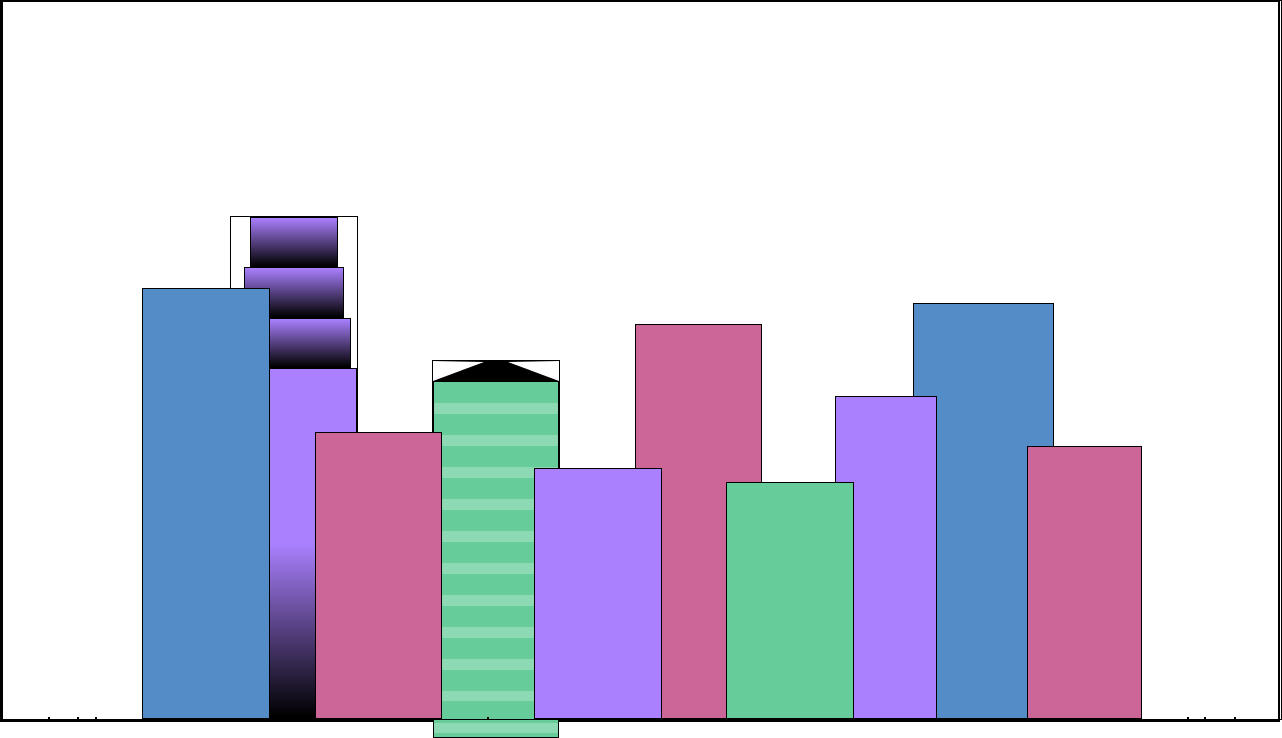
Repository: Lungdjos/city_skyline
Page: index.html
These files come from the project's save history. The page is drawn as it stood at one moment and after a run of saves; the edit follows.
The browser window is 1280 px wide. The page is 1282 px wide, so the pictures cover 1282 px, including what lies to the right of the window. The pictures show the whole page.

Above is the page before, as saved 2023-12-12 10:57:47.

After the next 2 saves:
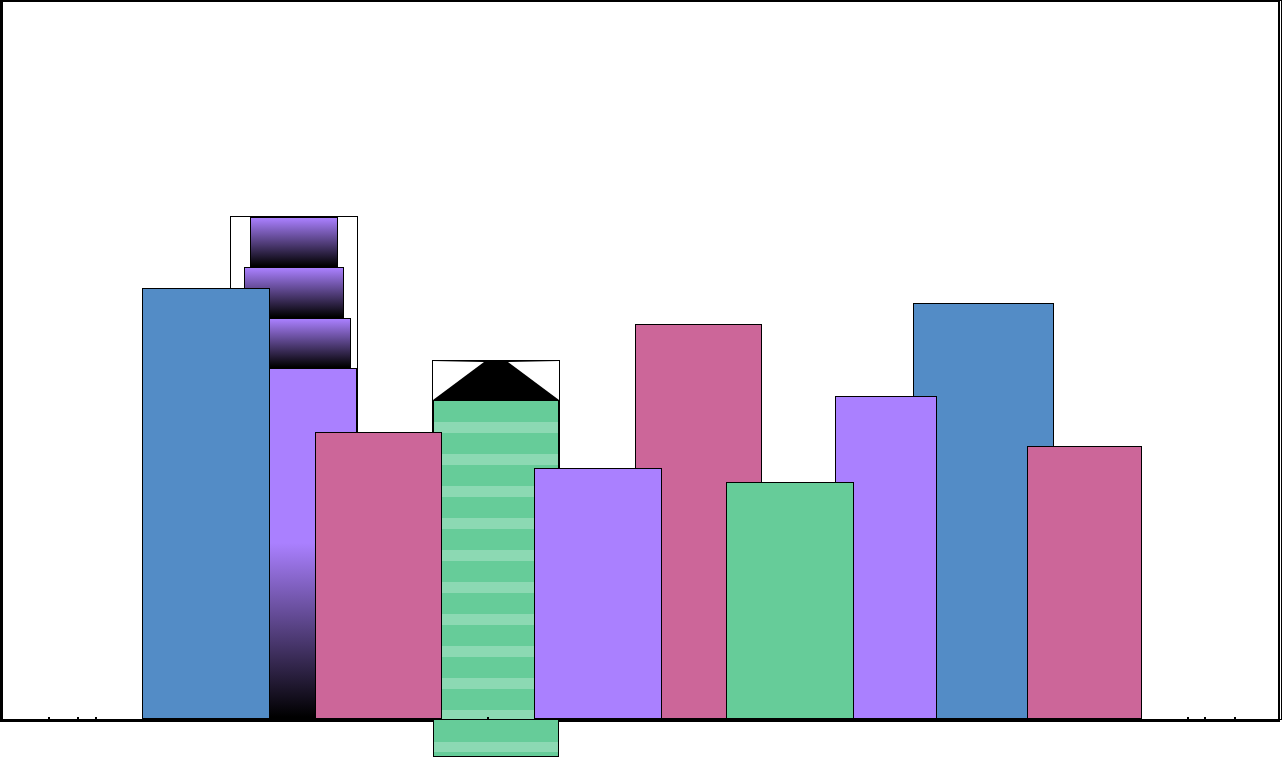
The 2 saves are shown as one change because they came seconds apart.
The last was saved 7 s later.
--- a/styles.css
+++ b/styles.css
@@ -74,7 +74,7 @@ body {
     height: 5vw;
     border-top: 1vw solid #000;
     */
-    border-bottom: 1.5vw solid #000;
+    border-bottom: 3vw solid #000;
     border-left: 4vw solid transparent;
     border-right: 4vw solid transparent;
 }
